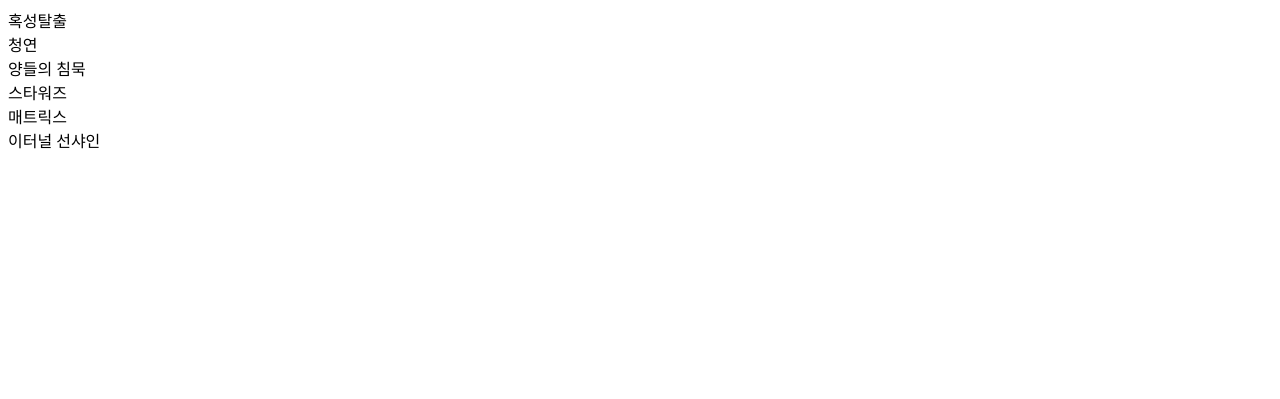
Repository: totesbk/JSP-
Page: http://localhost/web07/ex13_forEach.jsp
An editor plug-in stored every save of this project. The page is shown before and after the next save, followed by the edit.
The browser window is 1280 px wide. The pictures show the whole page.
The page is served by Tomcat 9.

Above is the page before, as saved 2020-10-12 01:27:29.

After the next save:
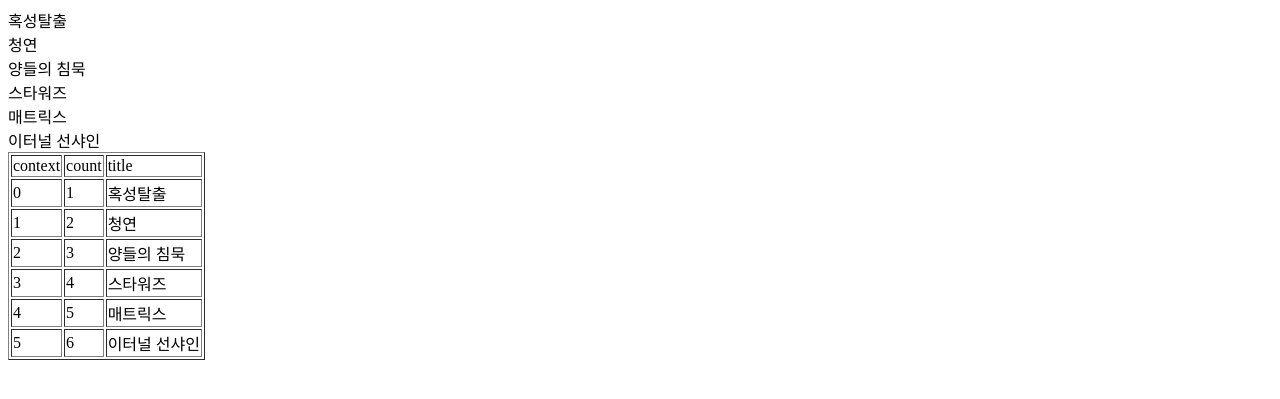
Saved 20 min 23 s later.
--- a/web07/WebContent/ex13_forEach.jsp
+++ b/web07/WebContent/ex13_forEach.jsp
@@ -13,19 +13,24 @@
 	pageContext.setAttribute("movieList",movieList);
 %>
 
-<c:forEach var="movieList" items="${movieList}">
-	${movieList}<br>
+<c:forEach var="movieTitle" items="${movieList}">
+	${movieTitle}<br>
 </c:forEach>
-<%-- <table>
+
+<table border="1">
 	<tr>
 		<td>context</td>
 		<td>count</td>
 		<td>title</td>
 	</tr>
-	<c:forEach var="movieList" items='${movieList}' varStatus="status">
-
+	<c:forEach var="movieTitle" items='${movieList}' varStatus="status">
+		<tr>
+			<td>${status.index}</td>
+			<td>${status.count}</td>
+			<td>${movieTitle}</td>
+		</tr>
 	</c:forEach>
 
-</table> --%>
+</table>
 </body>
 </html>
